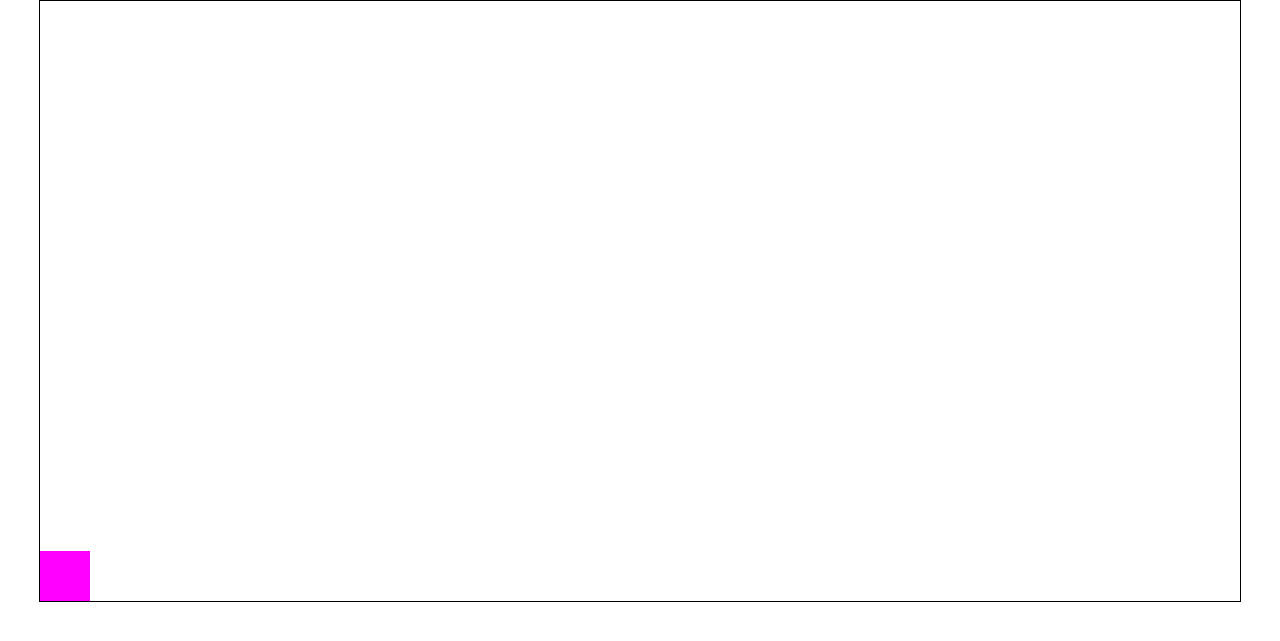
Repository: thecptwaffles/bad-game
Page: index.html
An editor plug-in stored every save of this project. The page is shown before and after the next save, followed by the edit.
The browser window is 1280 px wide. The pictures show the whole page.

Above is the page before, as saved 2022-02-05 09:03:48.

### index.html
<!DOCTYPE html>
<html lang="en" onkeydown="jump()">

<head>
    <meta charset="UTF-8">
    <meta http-equiv="X-UA-Compatible" content="IE=edge">
    <meta name="viewport" content="width=device-width, initial-scale=1.0">
    <title>Jump</title>
    <link rel="stylesheet" href="style.css">
</head>

<body>
    <div id="center">
        <div id="game">
            <div id="Steve"></div>
            <div id="block"></div>
        </div>
    </div>
</body>
<script src="./index.js"></script>

</html>

### style.css
* {
    padding: 0;
    margin: 0;
}

#game {
    width: 1200px;
    height: 600px;
    border: 1px solid black;
    background-color: white;
}

#Steve {
    width: 50px;
    height: 50px;
    background-color: magenta;
    position: relative;
    top: 550px;
}

.animate {
    animation: jump 500ms;
}

@keyframes jump {
    0%{
        top: 550px;
    }

    30% {
        top: 450px;
    }

    70% {
        top: 450px;
    }

    100% {
        top: 550px;
    }
}

#block {
    width: 20px;
    height: 20px;
    background-color: aquamarine;
    position: relative;
    top: 530px;
    left: 480px;
    animation: block 2s infinite linear;
}

@keyframes block {
    0%{
        left: 1200px;
    }

    100%{
        left: -40px;
    }
}

#center {
    display: flex;
    align-items: center;
    justify-content: center;
}

### index.js
var Steve = document.getElementById('Steve');
var block = document.getElementById('block');
var jumpSound = new Audio('jump.wav');
var deathSound = new Audio('death.wav');
var menuSound = new Audio('menu.wav');

function jump(){
    if(Steve.classList !='animate'){
        Steve.classList.add('animate');
    }
    Steve.classList.add('animate');
    setTimeout(function(){
        Steve.classList.remove('animate');
    },500)

    jumpSound.play();
}

var checkDead = setInterval(function(){
    var steveTop = parseInt(window.getComputedStyle(Steve).getPropertyValue('top'));

    var blockLeft = parseInt(window.getComputedStyle(block).getPropertyValue('left'));

    if(blockLeft<20 && blockLeft>0 && steveTop >= 550 ) {
        block.style.animation = 'none';
        block.style.display = 'none';
        deathSound.play()
        if(alert('You Lose :(')){}
else    window.location.reload();
        menuSound.play()
    }
},10)

After the next save:
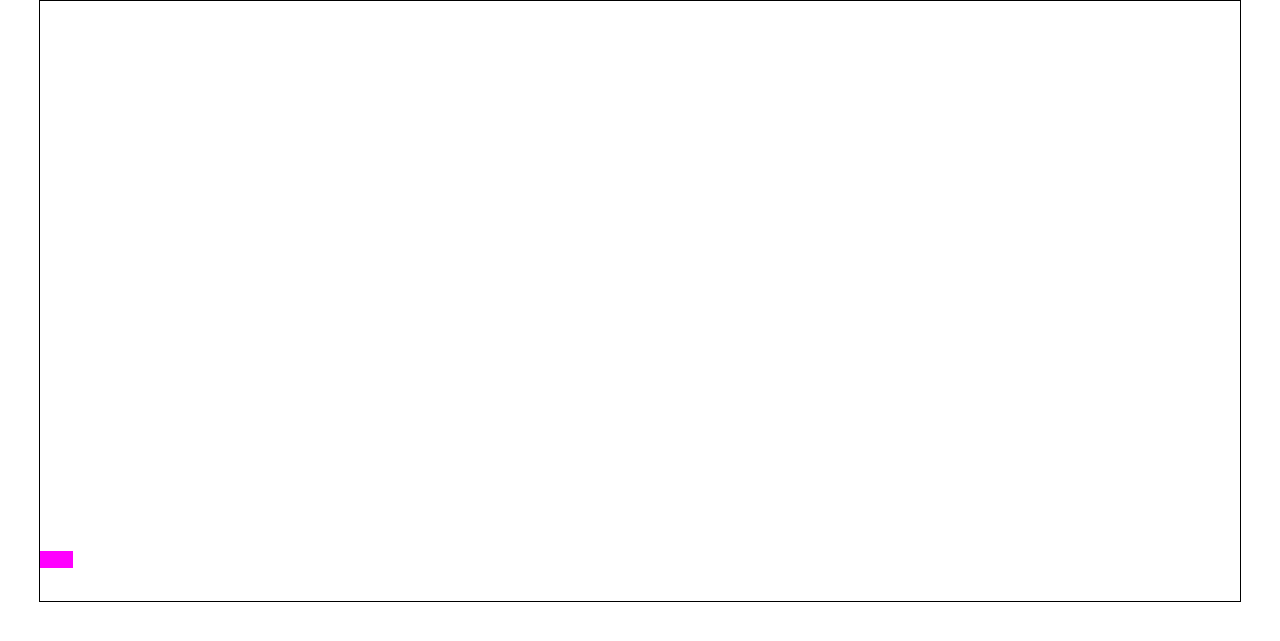
Saved 16 min 21 s later.
--- a/style.css
+++ b/style.css
@@ -11,8 +11,8 @@
 }
 
 #Steve {
-    width: 50px;
-    height: 50px;
+    width: 33px;
+    height: 17px;
     background-color: magenta;
     position: relative;
     top: 550px;
